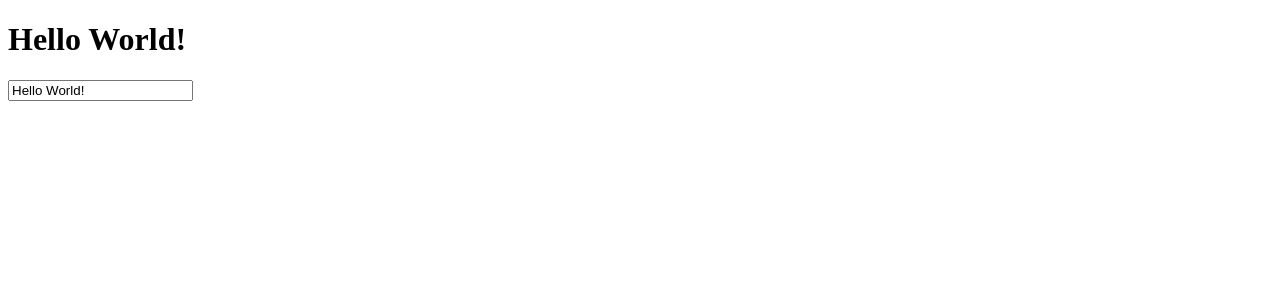
Repository: cbtpro/multi-localforage-demo
Page: /
The author's editor kept a copy of each file at every save. The page is drawn from the files as they stood at one save, then again after the next save.
The browser window is 1280 px wide. The pictures show the whole page.
The project was rebuilt for these pictures with package versions that can differ from the ones it lists, and the page was loaded fresh each time. Also part of the build but not shown: vite.config.js.

Above is the page before, as saved 2024-09-10 22:39:17.

### src/App.vue
<script setup>
import { ref } from 'vue'
import useLocalforage from './useLocalforage'
import { USER_VISITOR_COUNT, SHOW_NAVIGATOR_BOOL } from './storage-constants'
import { onMounted } from 'vue';

const localforageInstance = useLocalforage({
  name: 'test',
  version: 1.1
})

localforageInstance.setItem(USER_VISITOR_COUNT, 1)

const msg = ref('Hello World!')

const loadStorage = async () => {
  try {
    const data = await localforageInstance.getItem(USER_VISITOR_COUNT);
    msg.value = data;
  } catch (error) {
    console.error(error);
  }

}
onMounted(() => {

})

</script>

<template>
  <h1>{{ msg }}</h1>
  <input v-model="msg" />
</template>

### src/useLocalforage.ts
import localforage, { config, } from 'localforage';

export const useLocalforage = (options: LocalForageOptions ) => {

  // 配置 localForage
  localforage.config({
    ...config,
    ...options,
  });

  // 定义一个永不过期的标志
  const NEVER_EXPIRES_FLAG = -1;

  /**
   * 设置存储项
   * @param k 键名
   * @param v 值
   * @param expired 过期时间（分钟），默认永不过期
   * @returns Promise
   */
  const setItem = (k: string, v: any, expired: number = -1) => {
    const expiredKey = `${k}__expires__`;
    let exp = 0;

    if (expired === NEVER_EXPIRES_FLAG) {
      exp = NEVER_EXPIRES_FLAG;
    } else if (expired >= 0) {
      exp = Date.now() + 1000 * 60 * expired;
    }

    // 存储过期时间
    localforage.setItem(expiredKey, exp.toString()).catch((err) => {
      console.error('设置过期时间失败:', err);
    });

    // 存储实际数据
    return localforage.setItem(k, v);
  };

  /**
   * 获取存储项
   * @param k 键名
   * @returns Promise<any | null>
   */
  const getItem = async <T> (k: string) : Promise<T | null> => {
    const expiredKey = `${k}__expires__`;

    try {
      const expiredValue = await localforage.getItem<string | null>(expiredKey);

      if (expiredValue === null) {
        // 未设置过期时间，视为不存在
        return null;
      }

      const expiredTime = parseInt(expiredValue, 10);

      if (expiredTime === NEVER_EXPIRES_FLAG) {
        // 永不过期
        return localforage.getItem(k) as T;
      }

      if (expiredTime > Date.now()) {
        // 未过期，返回数据
        return localforage.getItem(k);
      } else {
        // 已过期，删除数据
        removeItem(k);
        removeItem(expiredKey);
        return null;
      }
    } catch (err) {
      console.error('获取数据失败:', err);
      return null;
    }
  };

  /**
   * 删除存储项
   * @param k 键名
   * @returns Promise
   */
  const removeItem = (k: string) => {
    const expiredKey = `${k}__expires__`;
    localforage.removeItem(expiredKey).catch((err) => {
      console.error('删除过期时间失败:', err);
    });
    return localforage.removeItem(k);
  };

  return {
    getItem,
    setItem,
  }
}

export default useLocalforage;

### src/storage-constants.ts
/** 用户访问次数 */
export const USER_VISITOR_COUNT = 'USER_VISITOR_COUNT';

/** 是否显示导航 */
export const SHOW_NAVIGATOR_BOOL = 'SHOW_NAVIGATOR_BOOL';

### src/use-local-forage.ts
import localforage, { config, } from 'localforage';

export const useLocalforage = (options: LocalForageOptions ) => {

  // 配置 localForage
  localforage.config({
    ...config,
    ...options,
  });

  // 定义一个永不过期的标志
  const NEVER_EXPIRES_FLAG = -1;

  /**
   * 设置存储项
   * @param k 键名
   * @param v 值
   * @param expired 过期时间（分钟），默认永不过期
   * @returns Promise
   */
  const setItem = (k: string, v: any, expired: number = -1) => {
    const expiredKey = `${k}__expires__`;
    let exp = 0;

    if (expired === NEVER_EXPIRES_FLAG) {
      exp = NEVER_EXPIRES_FLAG;
    } else if (expired >= 0) {
      exp = Date.now() + 1000 * 60 * expired;
    }

    // 存储过期时间
    localforage.setItem(expiredKey, exp.toString()).catch((err) => {
      console.error('设置过期时间失败:', err);
    });

    // 存储实际数据
    return localforage.setItem(k, v);
  };

  /**
   * 获取存储项
   * @param k 键名
   * @returns Promise<any | null>
   */
  const getItem = async <T> (k: string) : Promise<T | null> => {
    const expiredKey = `${k}__expires__`;

    try {
      const expiredValue = await localforage.getItem<string | null>(expiredKey);

      if (expiredValue === null) {
        // 未设置过期时间，视为不存在
        return null;
      }

      const expiredTime = parseInt(expiredValue, 10);

      if (expiredTime === NEVER_EXPIRES_FLAG) {
        // 永不过期
        return localforage.getItem(k) as T;
      }

      if (expiredTime > Date.now()) {
        // 未过期，返回数据
        return localforage.getItem(k);
      } else {
        // 已过期，删除数据
        removeItem(k);
        removeItem(expiredKey);
        return null;
      }
    } catch (err) {
      console.error('获取数据失败:', err);
      return null;
    }
  };

  /**
   * 删除存储项
   * @param k 键名
   * @returns Promise
   */
  const removeItem = (k: string) => {
    const expiredKey = `${k}__expires__`;
    localforage.removeItem(expiredKey).catch((err) => {
      console.error('删除过期时间失败:', err);
    });
    return localforage.removeItem(k);
  };

  return {
    getItem,
    setItem,
  }
}

export default useLocalforage;

Loaded but not shown: index.html (common file); src/main.js (common file)

After the next save:
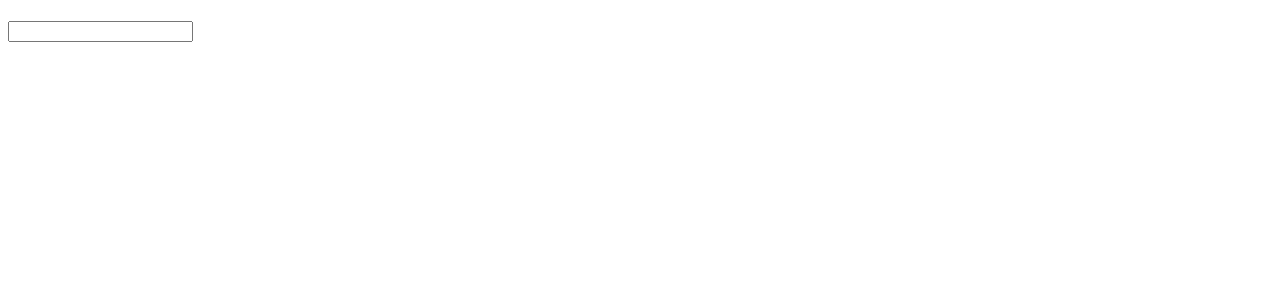
Saved 6 s later.
--- a/src/App.vue
+++ b/src/App.vue
@@ -23,7 +23,7 @@ const loadStorage = async () => {
 
 }
 onMounted(() => {
-
+  loadStorage();
 })
 
 </script>

After the 4 saves that followed:
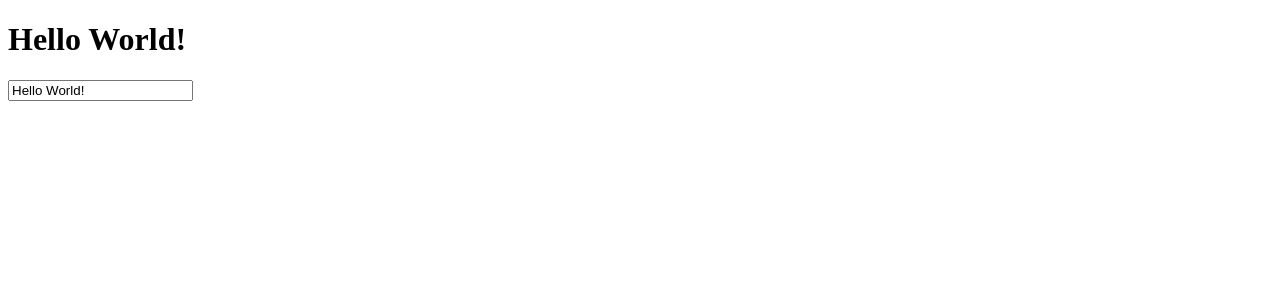
The 4 saves are shown as one change because 2 did not build or start and 1 left the picture as it was.
The last was saved 2 min 10 s later.
--- a/src/App.vue
+++ b/src/App.vue
@@ -1,15 +1,15 @@
 <script setup>
 import { ref } from 'vue'
-import useLocalforage from './useLocalforage'
+import useLocalForage from './use-local-forage'
 import { USER_VISITOR_COUNT, SHOW_NAVIGATOR_BOOL } from './storage-constants'
 import { onMounted } from 'vue';
 
-const localforageInstance = useLocalforage({
+const localForageInstance = useLocalForage({
   name: 'test',
   version: 1.1
 })
 
-localforageInstance.setItem(USER_VISITOR_COUNT, 1)
+localForageInstance.setItem(USER_VISITOR_COUNT, 1)
 
 const msg = ref('Hello World!')
 
